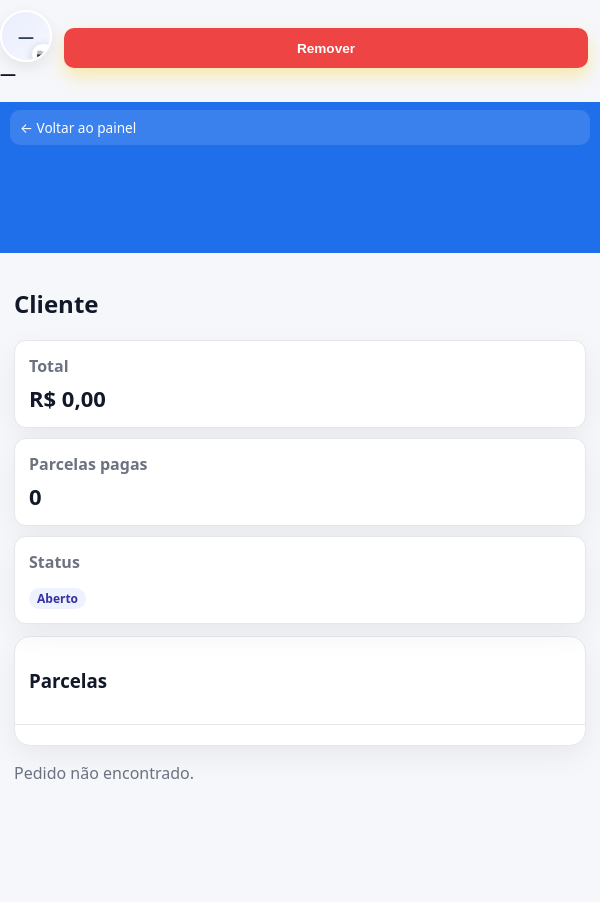
Repository: Rob-son-prog/NegocioSistema
Page: portal.html
An editor plug-in stored every save of this project. The page is shown before and after the next save, followed by the edit.
The browser window is 600 px wide. The pictures show the whole page.

Above is the page before, as saved 2025-08-27 09:20:21.

After the next save:
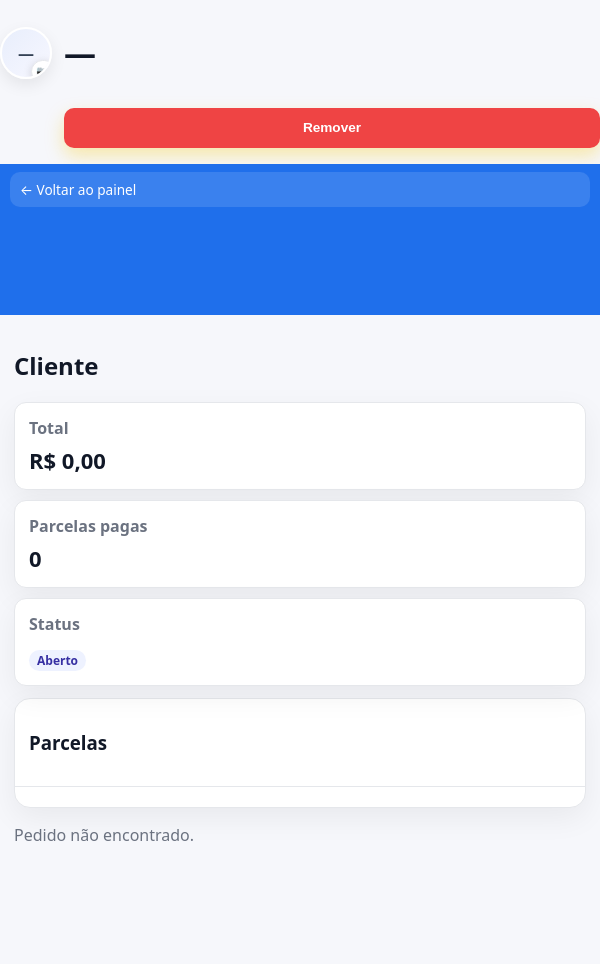
Saved 33 s later.
--- a/style.css
+++ b/style.css
@@ -679,44 +679,47 @@ body{margin:0;background:var(--bg);color:var(--ink);
 }
 
 /* ===== Capa do cliente (portal) ===== */
-/* ===== Cabeçalho do cliente (avatar + nome) ===== */
+/* Cabeçalho do cliente */
 .client-head{
-  display:grid;
-  grid-template-columns:auto 1fr auto; /* avatar | títulos | remover */
-  align-items:center;
-  gap:12px;
+  display: grid;
+  grid-template-columns: auto 1fr auto; /* avatar | títulos | ações */
+  align-items: center;
+  gap: 12px;
   margin: 10px 0 16px;
 }
 
+.client-left{ display:flex; align-items:center; gap:12px; min-width:0; }
+.client-actions{ display:flex; gap:8px; }
+
+/* Avatar redondo */
 .avatar-upload{
-  width:64px; height:64px;
-  border-radius:50%;
-  overflow:hidden;
-  position:relative;
-  display:grid; place-items:center;
+  width:64px; height:64px; border-radius:50%; overflow:hidden;
+  position:relative; display:grid; place-items:center;
   background:linear-gradient(135deg,#e8eefc,#f7f7ff);
-  border:2px solid #fff;
-  box-shadow:0 6px 16px rgba(0,0,0,.08);
+  border:2px solid #fff; box-shadow:0 6px 16px rgba(0,0,0,.08);
   cursor:pointer;
 }
-.avatar-upload img{
-  width:100%; height:100%; object-fit:cover; display:none;
-}
-.avatar-upload span{
-  font-weight:800; color:#334155; user-select:none;
-}
+.avatar-upload img{ width:100%; height:100%; object-fit:cover; display:none; }
+.avatar-upload span{ font-weight:800; color:#334155; user-select:none; }
 .avatar-upload::after{
-  content:"📷";
-  position:absolute; right:-6px; bottom:-6px;
-  background:#fff; border:1px solid var(--line);
-  border-radius:999px; padding:2px 4px; font-size:12px;
-  box-shadow:0 2px 8px rgba(0,0,0,.15);
-}
-
-.client-titles h1{ margin:0; font-size:1.1rem; }
-.client-titles .muted{ margin-top:2px; }
-
-@media (max-width:760px){
+  content:"📷"; position:absolute; right:-6px; bottom:-6px;
+  background:#fff; border:1px solid var(--line); border-radius:999px;
+  padding:2px 4px; font-size:12px; box-shadow:0 2px 8px rgba(0,0,0,.15);
+}
+
+/* Evita herdar posição absoluta antiga */
+#avatarRemove{ position: static !important; }
+
+/* Responsivo: botão embaixo do nome */
+@media (max-width: 640px){
   .avatar-upload{ width:52px; height:52px; }
-  .client-titles h1{ font-size:1rem; }
-}
+  .client-head{
+    grid-template-columns: auto 1fr;     /* some a coluna das ações */
+    align-items: start;
+  }
+  .client-actions{
+    grid-column: 1 / -1;                 /* ocupa linha inteira */
+    justify-content: flex-start;
+    margin-left: calc(52px + 12px);      /* recuo sob o nome (largura do avatar + gap) */
+  }
+}
